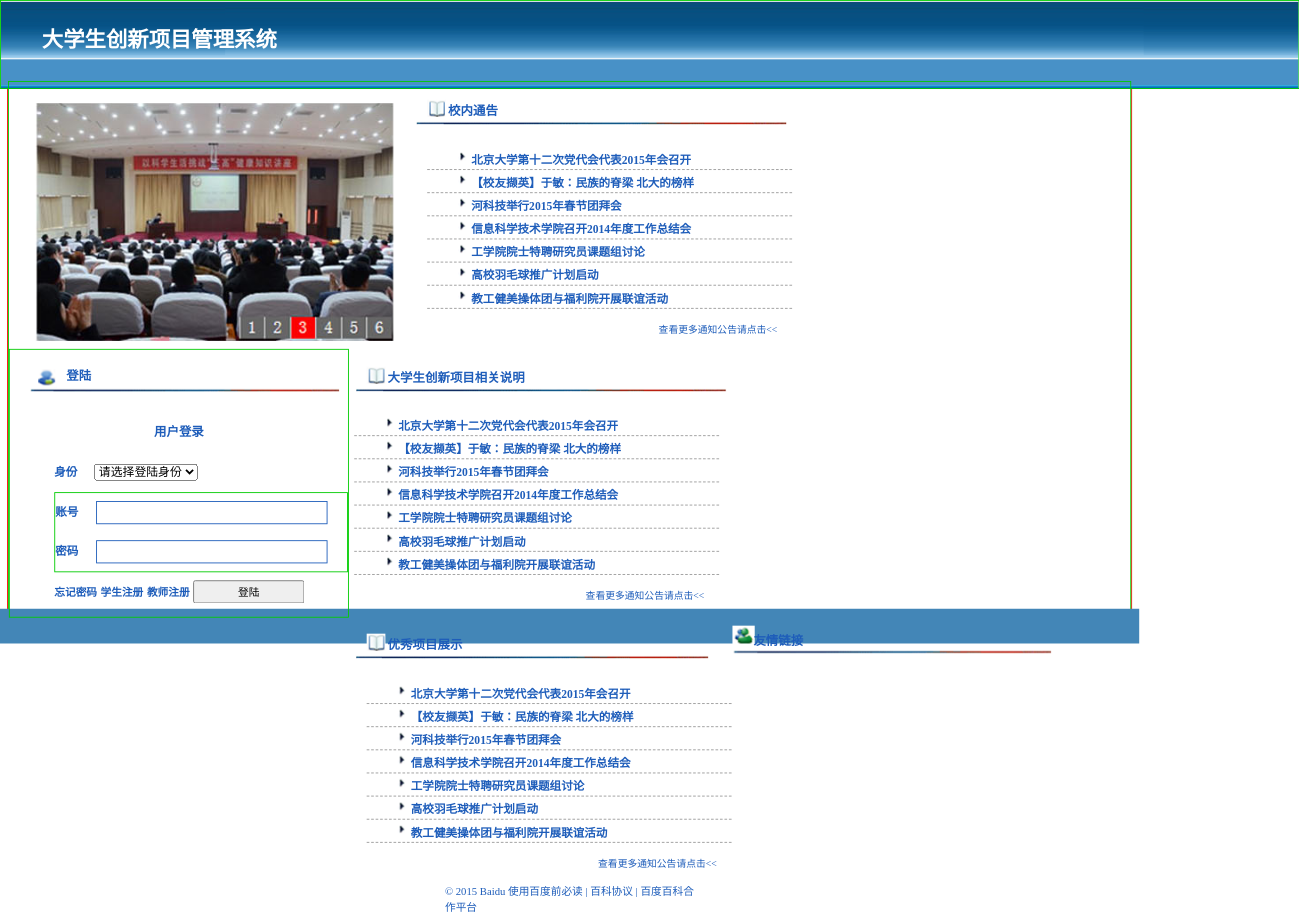
Repository: msmwlxy/ProjectManagement
Page: ProjectManagement/WebRoot/Home page1.html
An editor plug-in stored every save of this project. The page is shown before and after the next save, followed by the edit.
The browser window is 1280 px wide. The page is 1460 px wide, so the pictures cover 1460 px, including what lies to the right of the window. The pictures show the whole page, at 89% of full size.

Above is the page before, as saved 2015-02-28 03:41:40.

After the next save:
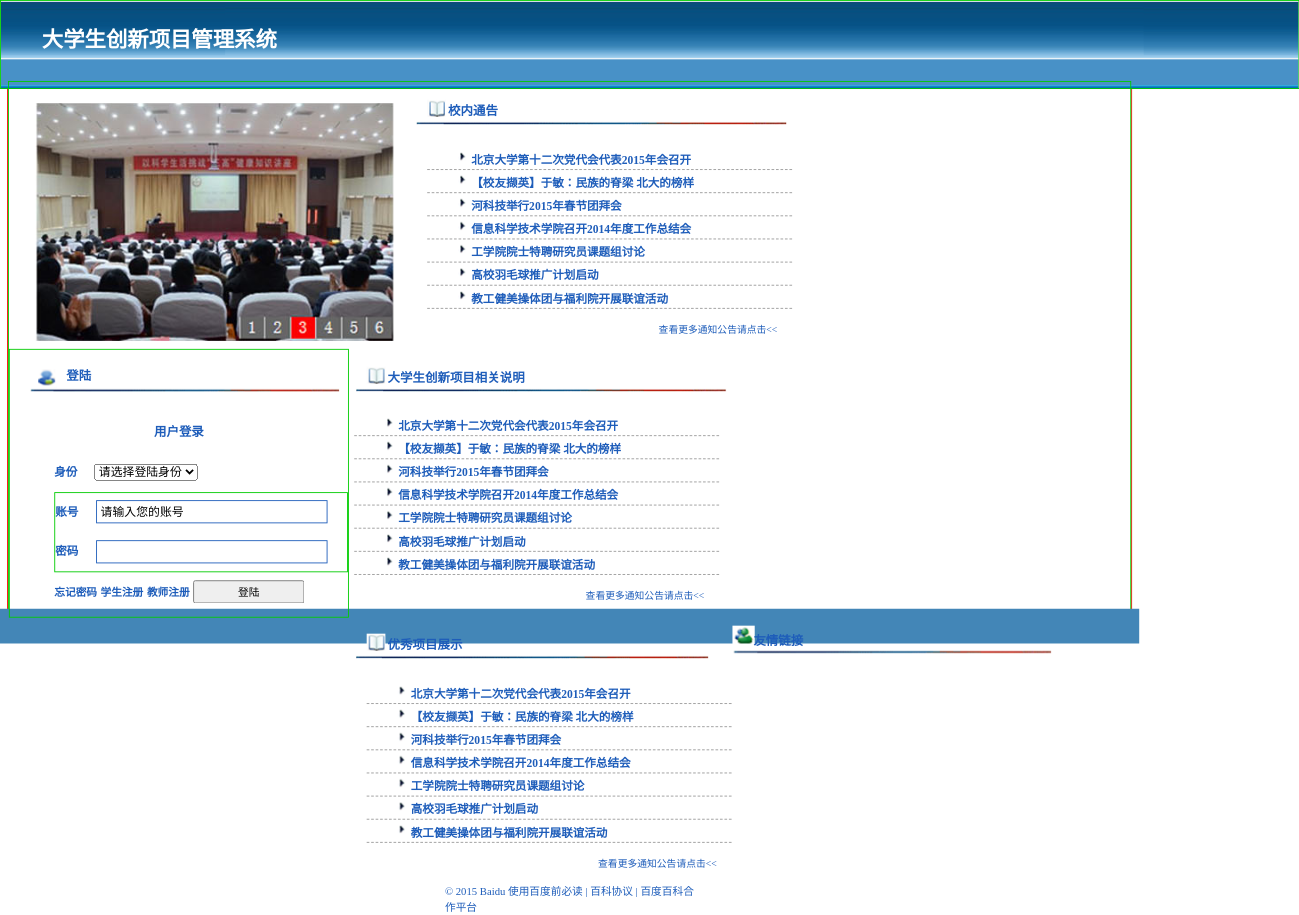
Saved 2 min 34 s later.
--- a/ProjectManagement/WebRoot/Home page1.html
+++ b/ProjectManagement/WebRoot/Home page1.html
@@ -32,7 +32,7 @@
         <div class="ri1_rr"><img src="images/xian.png" width="350"><p>用户登录</p></div>
         <div class="ri1_sanjiao">
         	<div class="ri1_login_text">
-                <form  method="post" action="log_login" onsubmit="check();return false;"></form>
+                <form  method="post" action="log_login" onsubmit="check();return false;">
             <div class="ri1_login_down">
                 <font style="margin-left:30px;margin-right:15px;">身份</font>
                 <select name="identity">
@@ -44,7 +44,7 @@
 					<option value="5">学生</option>
                 </select>
                 <div class="zhanghao">
-                <font>账号</font><input name="accountNum" style="border:solid #1E5DBA 1px;" type="text" /><br>
+                <font>账号</font><input name="accountNum" value="请输入您的账号" style="border:solid #1E5DBA 1px;" type="text" /><br>
                 <font>密码</font><input name="password" style="border:solid #1E5DBA 1px;" type="password"/></div>
             </div>
             <div class="zhuce">
@@ -55,6 +55,7 @@
                 <input type="button" style="width:125px;margin-left:0px;padding:2px;font-family:微软雅黑;font-size:12px" value="登陆"/>
             </div>
             </div>
+            </form>
         </div>
     </div>
     <div class="left2">
